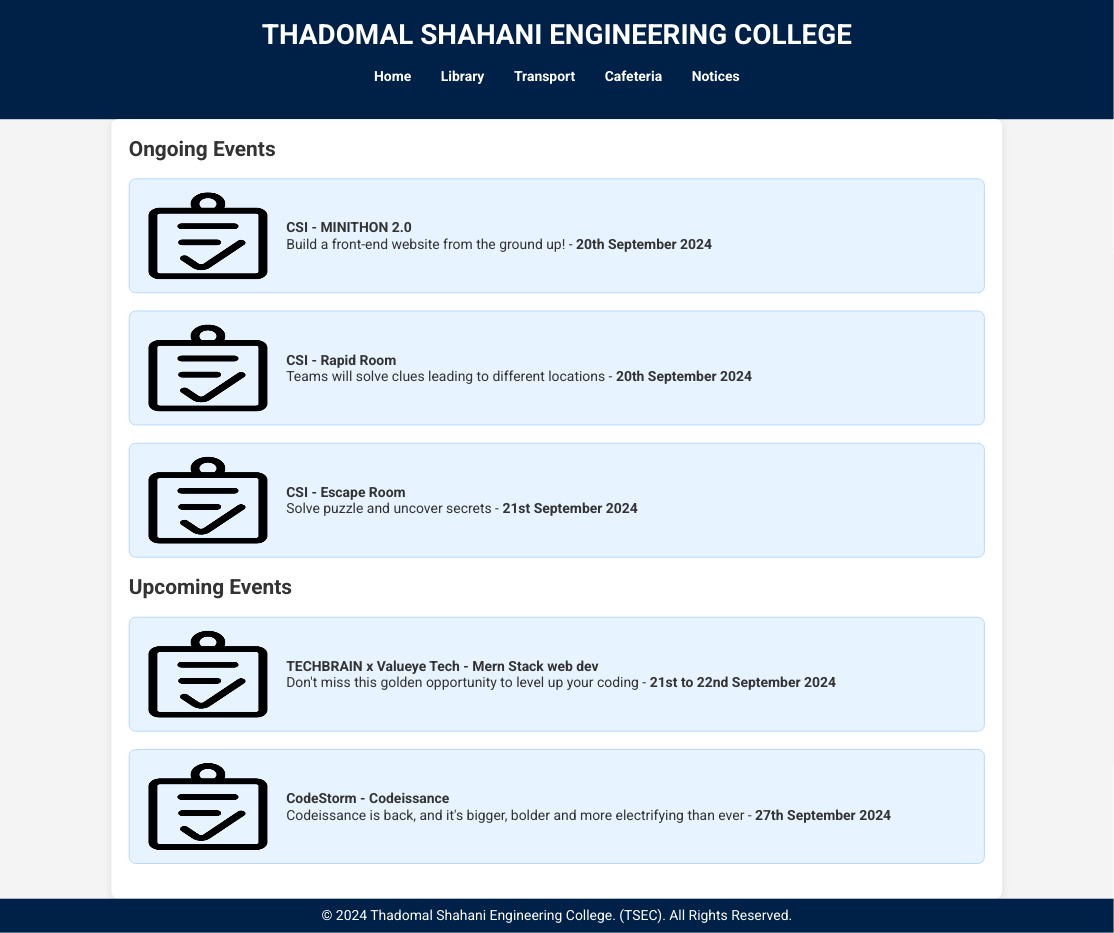
Repository: TejasS1233/MINITHON-hackathon-project
Page: Event.html
The author's editor kept a copy of each file at every save. The page is drawn from the files as they stood at one save, then again after the next save.
The browser window is 1280 px wide. The pictures show the whole page, at 87% of full size.

Above is the page before, as saved 2024-09-20 10:51:04.

After the next save:
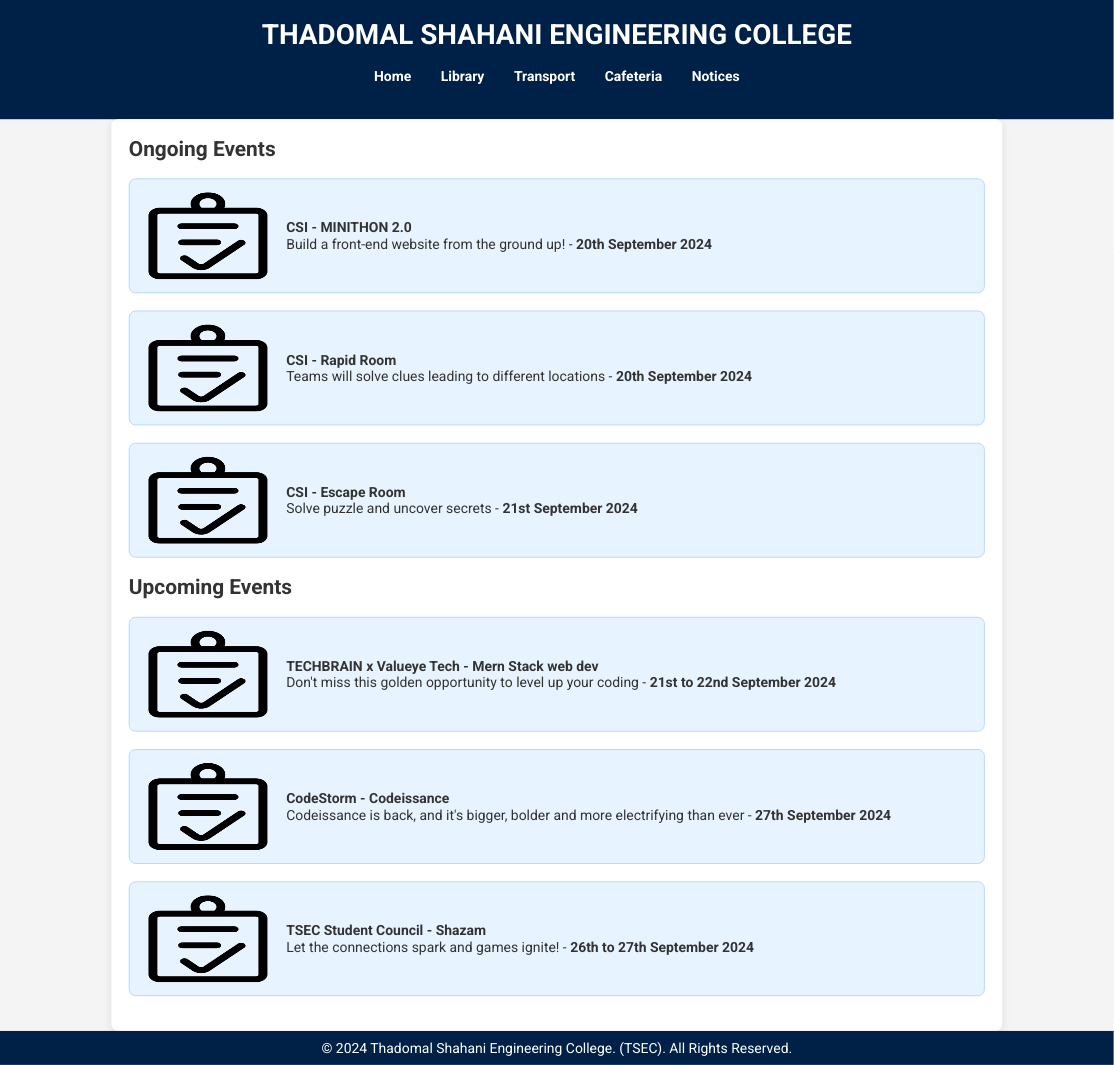
Saved 5 s later.
--- a/Event.html
+++ b/Event.html
@@ -128,6 +128,14 @@
                 <p>Codeissance is back, and it's bigger, bolder and more electrifying than ever - <strong>27th September 2024</strong></p>
             </div>
         </div>
+
+        <div class="event-card">
+            <img src="Events.png" alt="Event 5">
+            <div>
+                <h4>TSEC Student Council - Shazam</h4>
+                <p>Let the connections spark and games ignite! - <span style="font-weight: bold;">26th to 27th September 2024</p>
+            </div>
+        </div>
     </div>
 
     <footer>
